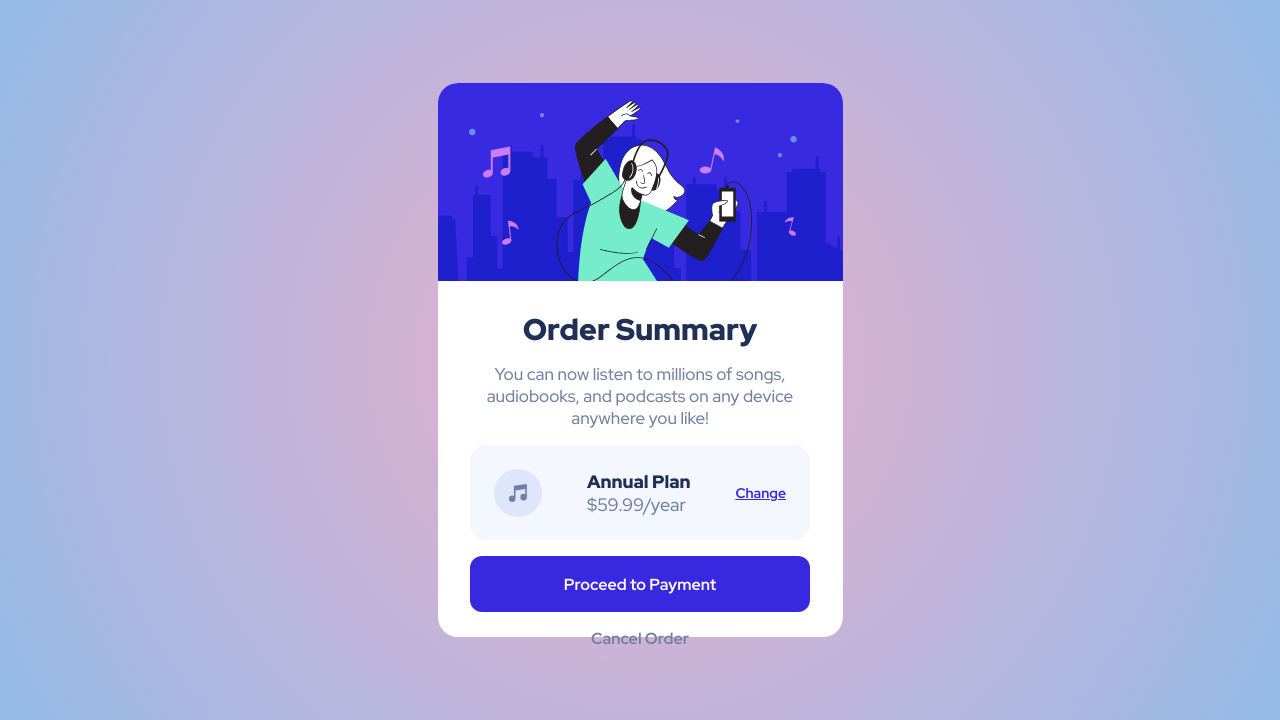
Repository: KamoliddinGIT/order-summary-card
Page: index.html
These files come from the project's save history. The page is drawn as it stood at one moment and after the next save; the edit follows.
The browser window is 1280 px wide. The pictures show the whole page.

Above is the page before, as saved 2023-09-13 11:35:38.

### index.html
<!DOCTYPE html>
<html lang="en">
  <head>
    <meta charset="UTF-8" />
    <meta name="viewport" content="width=device-width, initial-scale=1.0" />
    <link
      rel="icon"
      type="image/png"
      sizes="32x32"
      href="./images/favicon-32x32.png"
    />
    <link
      href="https://fonts.googleapis.com/css2?family=Red+Hat+Display:wght@500;700;900&display=swap"
      rel="stylesheet"
    />
    <link rel="stylesheet" href="./css/style.css" />
    <title>Order summary card</title>
  </head>
  <body>
    <div class="container">
      <img
        class="illustration"
        src="./images/illustration-hero.svg"
        alt="img"
      />
      <div class="items">
        <h1>Order Summary</h1>
        <p>
          You can now listen to millions of songs, audiobooks, and podcasts on
          any device anywhere you like!
        </p>
        <div class="item__payment">
          <img src="./images/icon-music.svg" alt="music" />
          <div>
            <span>Annual Plan </span>
            <h2>$59.99/year</h2>
          </div>
          <a href="#">Change</a>
        </div>
        <a class="apply__btn" href="#">Proceed to Payment</a>
        <a class="cancel__btn" href="#">Cancel Order</a>
      </div>
    </div>
  </body>
</html>

### css/style.css
* {
  margin: 0;
  padding: 0;
  box-sizing: border-box;
}

body {
  width: 100%;
  height: 100vh;
  display: flex;
  justify-content: center;
  align-items: center;
  background: rgb(238, 174, 202);
  background: radial-gradient(
    circle,
    rgba(238, 174, 202, 1) 0%,
    rgba(148, 187, 233, 1) 100%
  );
  font-family: "Red Hat Display", sans-serif;
}

.container {
  display: flex;
  flex-direction: column;
  align-items: center;
  width: 405px;
  height: 554px;
  border-radius: 20px;
  background: #fff;
}

.illustration {
  width: 100%;
  border-radius: 20px 20px 0 0;
}

.items {
  width: 100%;
  height: 450px;
  display: flex;
  gap: 1rem;
  flex-direction: column;
  align-items: center;
  padding: 30px;
}

.items h1 {
  font-size: 1.875rem;
  line-height: 2.25rem;
  font-weight: 900;
  color: #1f2f56;
}

.items p {
  text-align: center;
  color: #7280a2;
  font-size: 17px;
}

.item__payment {
  width: 340px;
  height: 95px;
  align-items: center;
  justify-content: space-between;
  background-color: #f5f7ff;
  display: flex;
  gap: 1rem;
  border-radius: 1rem;
  padding: 1.5rem;
}

.item__payment span {
  font-weight: 900;
  color: #1f2f56;
  font-size: 18px;
}

.item__payment h2 {
  color: #7280a2;
  font-size: 18px;
  font-weight: 500;
}

.item__payment a {
  font-size: 14px;
  font-weight: 700;
  color: #3829e0;
}

.item__payment a:hover {
  text-decoration: none;
}

.apply__btn {
  border-radius: 0.75rem;
  background: #3829e0;
  width: 340px;
  height: 56px;
  display: flex;
  justify-content: center;
  align-items: center;
  text-decoration: none;
  font-size: 16px;
  font-weight: 700;
  color: #fff;
}

.apply__btn:hover {
  opacity: 0.8;
}

.apply__btn:active {
  outline: 3px dashed black;
}

.cancel__btn {
  color: #7280a2;
  font-size: 16px;
  font-weight: 700;
  text-decoration: none;
}

.cancel__btn:hover {
  text-decoration: underline;
}

/* media-css */

@media only screen and (max-width: 400px) {
  body {
    padding: 30px;
  }
  .container {
    max-width: 400px;
    width: 100%;
  }
  .illustration {
    width: 100%;
  }
  .items {
    padding: 30px;
    width: 100%;
  }
  .item__payment {
    width: 100%;
  }
  .item__payment img {
    width: 48px;
    height: 48px;
  }
  .item__payment span {
    font-size: 14px;
  }
  .item__payment h2 {
    font-size: 14px;
  }
  .item__payment a {
    font-size: 14px;
  }
  .item__payment {
    width: 100%;
  }
  .apply__btn {
    width: 100%;
  }
  .items h1 {
    font-size: 24px;
  }
}

@media only screen and (max-width: 450px) {
  body {
    padding: 40px;
  }
  .container {
    max-width: 450px;
    width: 100%;
  }
  .illustration {
    width: 100%;
  }
  .items {
    padding: 30px;
    width: 100%;
  }
  .item__payment {
    width: 280px;
  }
  .item__payment img {
    width: 48px;
    height: 48px;
  }
  .item__payment span {
    font-size: 14px;
  }
  .item__payment h2 {
    font-size: 14px;
  }
  .item__payment a {
    font-size: 14px;
  }
  .item__payment {
    width: 100%;
  }
  .apply__btn {
    width: 100%;
  }
  .items h1 {
    font-size: 24px;
  }
}

After the next save:
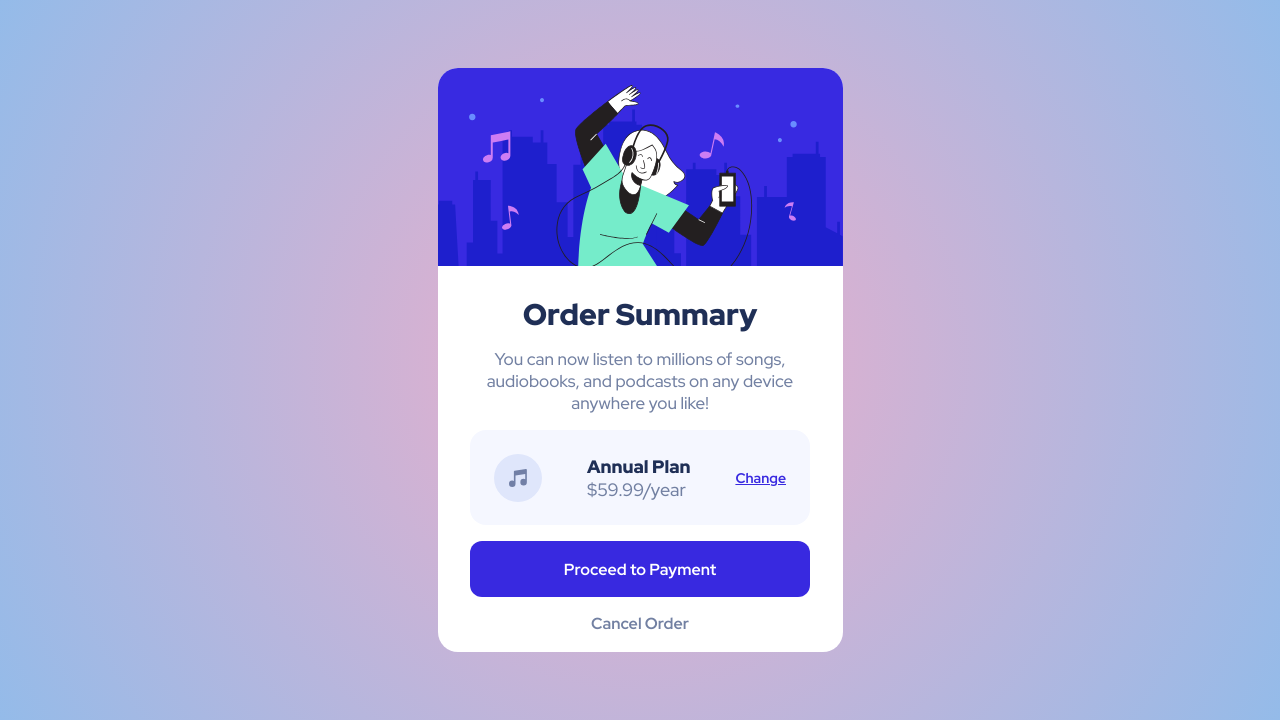
Saved 17 s later.
--- a/css/style.css
+++ b/css/style.css
@@ -24,7 +24,7 @@
   flex-direction: column;
   align-items: center;
   width: 405px;
-  height: 554px;
+  height: 584px;
   border-radius: 20px;
   background: #fff;
 }
